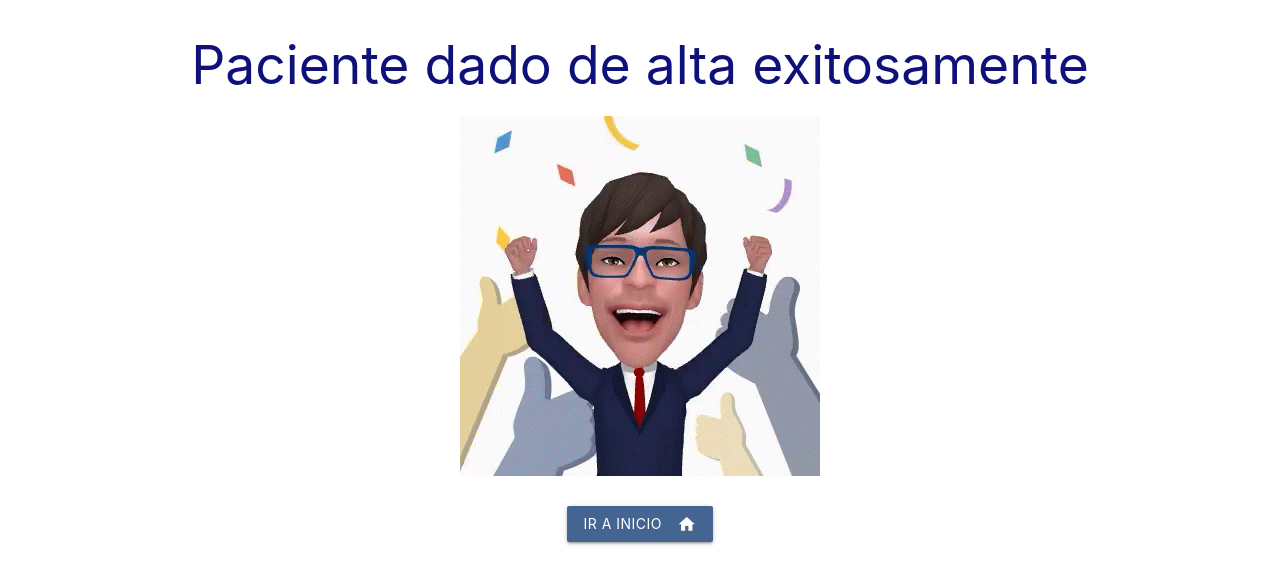
Repository: SwimmerRafa/Web-Applications
Page: http://localhost/confirmacion
The author's editor kept a record of every edit. The page is drawn from the files as they stood at one moment, then again after the next edit.
The browser window is 1280 px wide. The pictures show the whole page.
The page is served by the project's Node server (Practica4/index.js).

Above is the page before.

After the next edit:
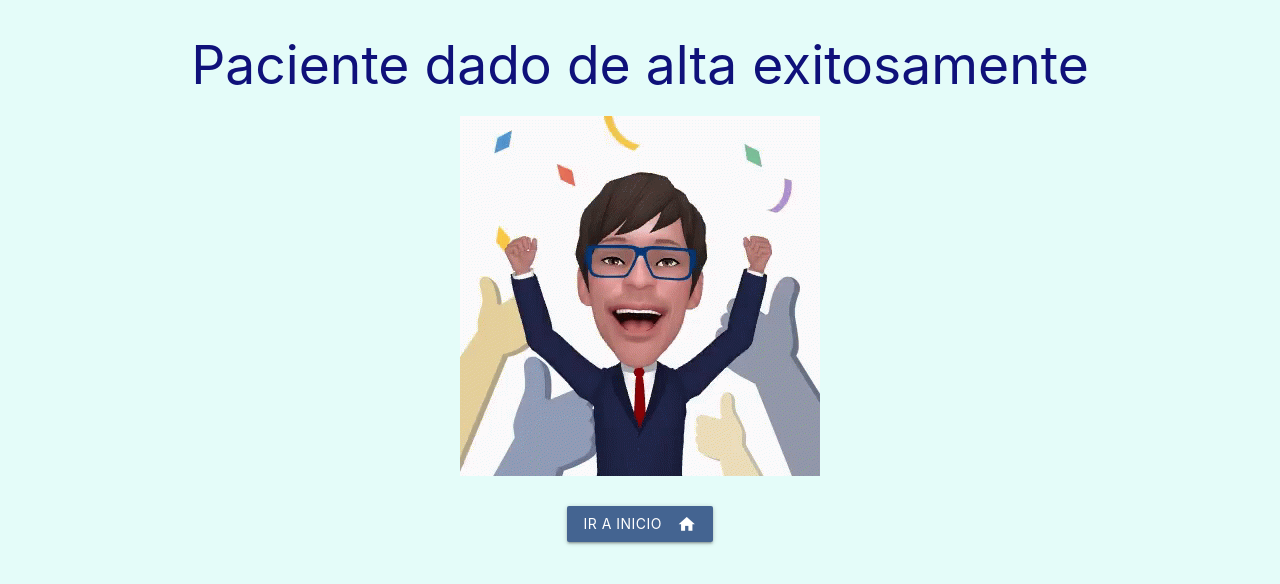
The edit:
--- a/Practica4/views/confirmacion.html
+++ b/Practica4/views/confirmacion.html
@@ -30,7 +30,7 @@
         <meta name="viewport" content="width=device-width, initial-scale=1.0" />
         <title>Confirmacion</title>
     </head>
-    <body style="background-color:#FFFFFF;">
+    <body style="background-color: #e4fcf9;">
         <h2 class="center-align">Paciente dado de alta exitosamente</h2>
         <div
             style="
